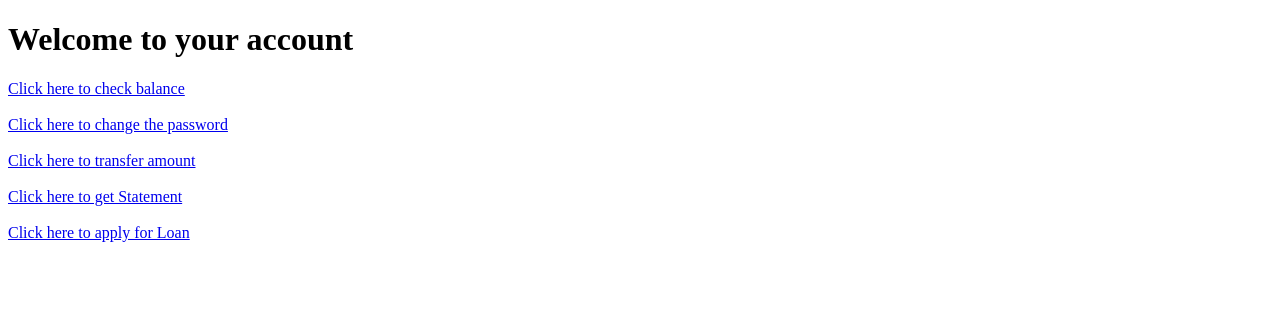
Repository: KGDarshan/BankApplication
Page: CaravanBanking/WebContent/Home.html
These files come from the project's save history. The page is drawn as it stood at one moment and after the next save; the edit follows.
The browser window is 1280 px wide. The pictures show the whole page.

Above is the page before, as saved 2020-10-10 03:18:57.

### CaravanBanking/WebContent/Home.html
<!DOCTYPE html>
<html>
<head>
<meta charset="ISO-8859-1">
<title>Home Page</title>
</head>
<body>
	<h1>Welcome to your account</h1>
	<a href="Checkbalance">Click here to check balance</a><br><br>
	<a href="ChangePwd.html">Click here to change the password</a><br><br>
	<a href="Transfer.html">Click here to transfer amount</a><br><br>
	<a href="GetStatement">Click here to get Statement</a><br><br>
	<a href="ApplyLoan.html">Click here to apply for Loan</a>
</body>
</html>

After the next save:
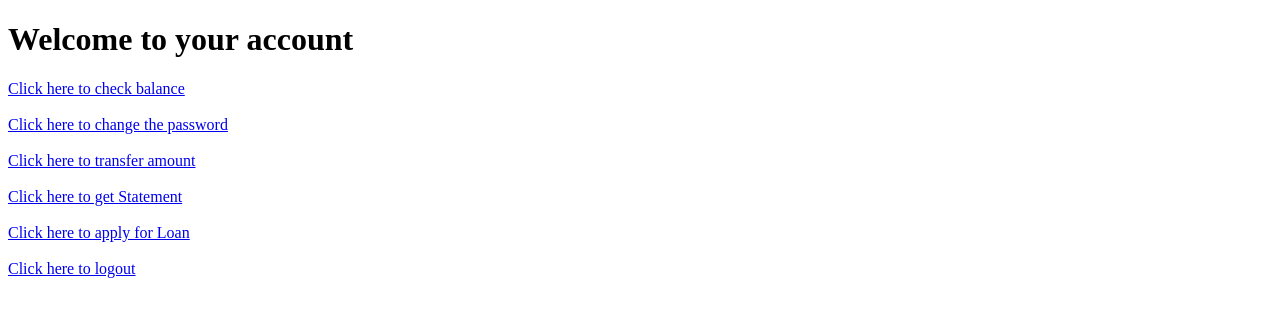
Saved 17 min 14 s later.
--- a/CaravanBanking/WebContent/Home.html
+++ b/CaravanBanking/WebContent/Home.html
@@ -10,6 +10,7 @@
 	<a href="ChangePwd.html">Click here to change the password</a><br><br>
 	<a href="Transfer.html">Click here to transfer amount</a><br><br>
 	<a href="GetStatement">Click here to get Statement</a><br><br>
-	<a href="ApplyLoan.html">Click here to apply for Loan</a>
+	<a href="ApplyLoan.html">Click here to apply for Loan</a><br><br>
+	<a href="Logout">Click here to logout</a>
 </body>
 </html>
